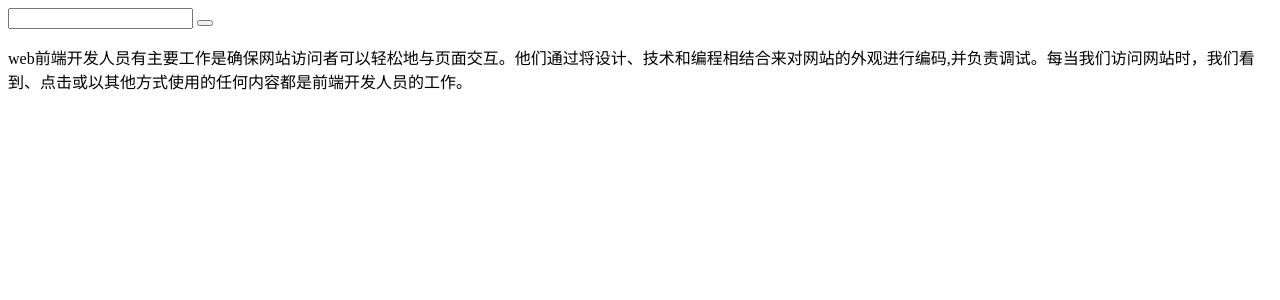
Repository: fox-summer/css-
Page: 百度新闻页面内容搜索.html
These files come from the project's save history. The page is drawn as it stood at one moment and after the next save; the edit follows.
The browser window is 1280 px wide. The pictures show the whole page.

Above is the page before, as saved 2022-05-28 22:44:38.

After the next save:
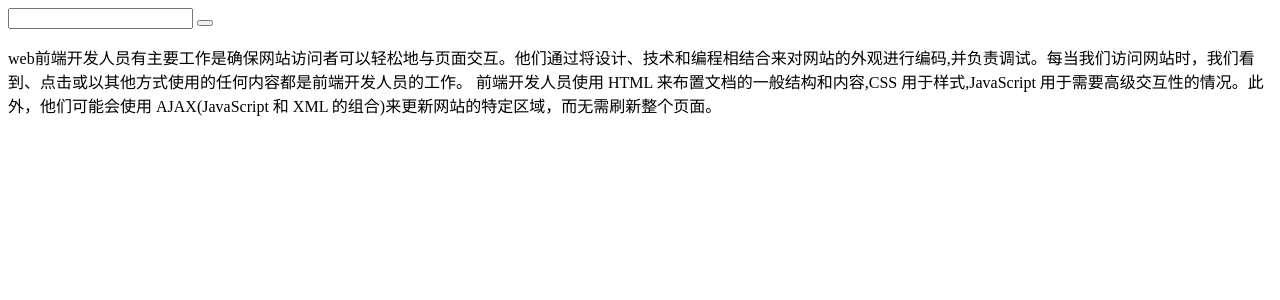
Saved 69 s later.
--- a/百度新闻页面内容搜索.html
+++ b/百度新闻页面内容搜索.html
@@ -11,6 +11,9 @@
     <button id="mybtn"></button>
     <p>
       web前端开发人员有主要工作是确保网站访问者可以轻松地与页面交互。他们通过将设计、技术和编程相结合来对网站的外观进行编码,并负责调试。每当我们访问网站时，我们看到、点击或以其他方式使用的任何内容都是前端开发人员的工作。
+      前端开发人员使用 HTML 来布置文档的一般结构和内容,CSS 用于样式,JavaScript
+      用于需要高级交互性的情况。此外，他们可能会使用 AJAX(JavaScript 和 XML
+      的组合)来更新网站的特定区域，而无需刷新整个页面。
     </p>
   </body>
 </html>
